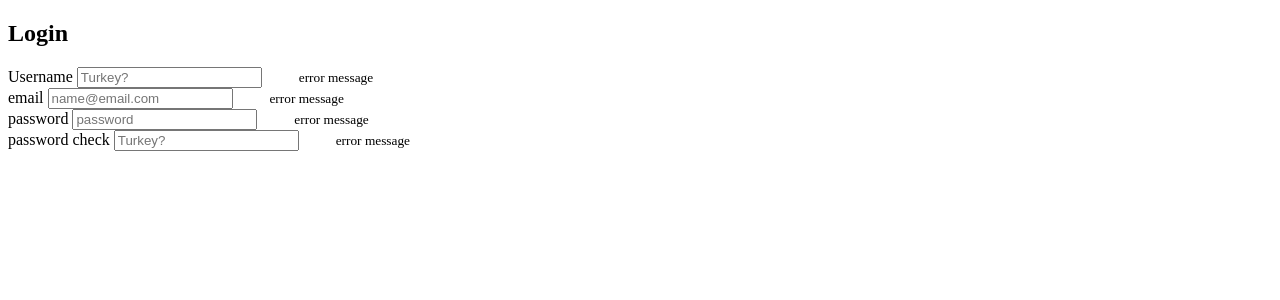
Repository: Abdoulrhman-altyeb/form-_validation-
Page: index.html
An editor plug-in stored every save of this project. The page is shown before and after a run of saves, followed by the edit.
The browser window is 1280 px wide. The pictures show the whole page.

Above is the page before, as saved 2021-05-23 20:39:33.

After the next 2 saves:
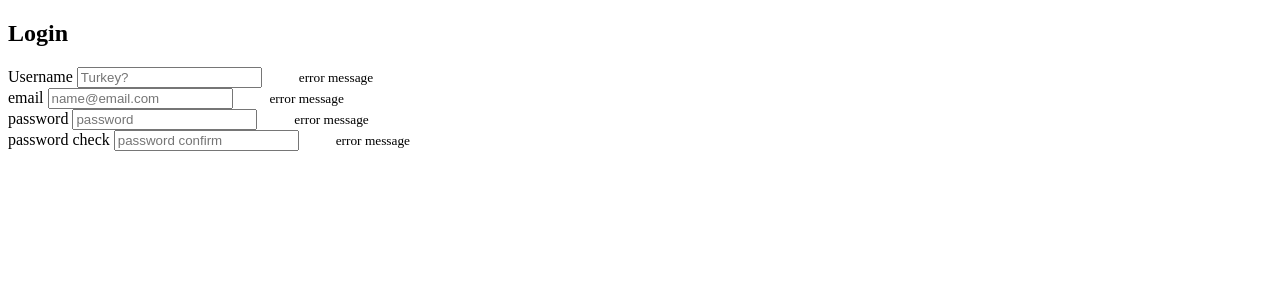
The 2 saves are shown as one change because they came seconds apart.
The last was saved 9 s later.
--- a/index.html
+++ b/index.html
@@ -38,7 +38,7 @@
             </div>
             <div class="form-control">
                 <label for="password2">password check</label>
-                <input type="text" placeholder="Turkey?" id="password2">
+                <input type="password" placeholder="password confirm" id="password2">
                 <i class="fad fa-check-circle"></i>
                 <i class="fad fa-exclamation-circle"></i>
                 <small>error message</small>
